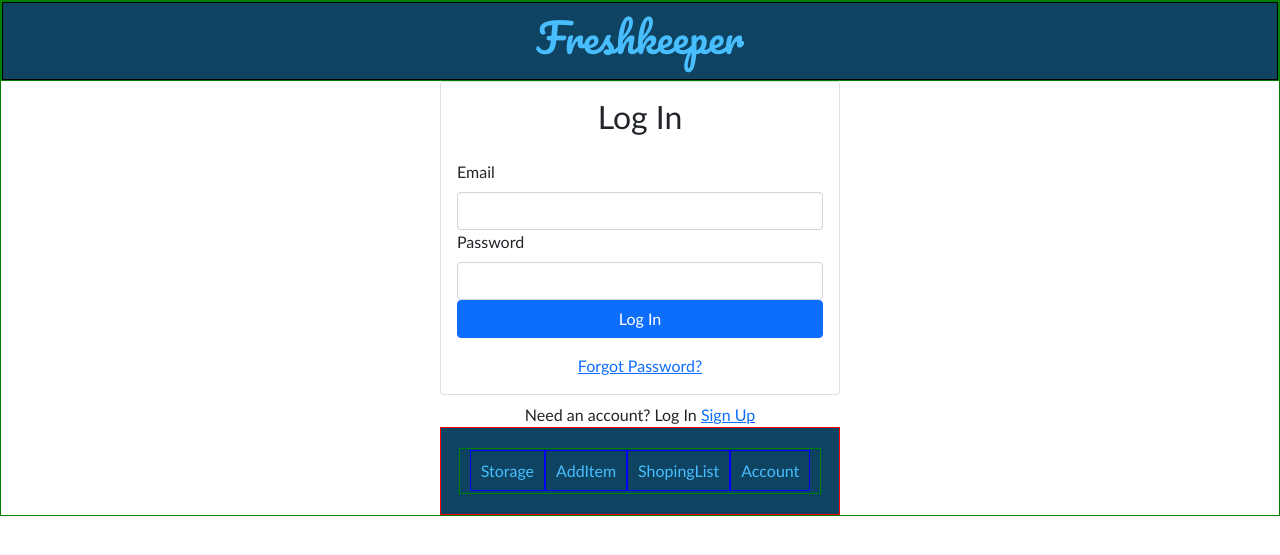
Repository: patrik-fredlund/freshkeeper-repo
Page: /
These files come from the project's save history. The page is drawn as it stood at one moment and after the next save; the edit follows.
The browser window is 1280 px wide. The pictures show the whole page.
The project was rebuilt for these pictures with package versions that can differ from the ones it lists, and the page was loaded fresh each time. Also part of the build but not shown: src/components/Signup.js, src/components/Account.js, src/components/ForgotPassword.js, src/components/UpdateProfile.js, src/components/Storage.js, src/components/Shopinglist.js, src/components/AddItem.js.

Above is the page before, as saved 2021-10-15 22:51:10.

### public/index.html
<!DOCTYPE html>
<html lang="en">

<head>
  <meta charset="utf-8" />
  <link rel="icon" href="%PUBLIC_URL%/favicon.ico" />
  <meta name="viewport" content="width=device-width, initial-scale=1" />
  <meta name="theme-color" content="#000000" />
  <meta name="description" content="Web site created using create-react-app" />
  <link rel="apple-touch-icon" href="%PUBLIC_URL%/logo192.png" />

  <link rel="manifest" href="%PUBLIC_URL%/manifest.json" />

  <title>Freshkeeper</title>
</head>

<body>
  <noscript>You need to enable JavaScript to run this app.</noscript>
  <div id="root"></div>

</body>

</html>

### src/index.js
import React from 'react';
import ReactDOM from 'react-dom';
import App from './components/App';
import 'bootstrap/dist/css/bootstrap.min.css';

ReactDOM.render(
  <React.StrictMode>
    <App />
  </React.StrictMode>,
  document.getElementById('root')
);

### src/components/App.js
import { Container } from 'react-bootstrap';
import '../App.css';
import Signup from './Signup';
import { AuthProvider } from '../context/AuthContext';
import { BrowserRouter as Router, Switch, Route } from 'react-router-dom';
import Account from './Account';
import Login from './Login';
import PrivateRoute from './PrivateRoute';
import ForgotPassword from './ForgotPassword';
import UpdateProfile from './UpdateProfile';
import Storage from './Storage';
import { AppWrap } from './appStyles';
import Header from './header/header';
import ShopingList from './Shopinglist';
import AddItem from './AddItem';
import Navbar from './navbar/Navbar';

function App() {
  return (
    <AppWrap>
      <Header />
      <Container
        className='d-flex align-items-center justify-content-center'
        // style={{ minHeight: '10vh' }}
      >
        <div className='w-100' style={{ maxWidth: '400px' }}>
          <Router>
            <AuthProvider>
              <Switch>
                <PrivateRoute exact path='/' component={Storage} />
                <PrivateRoute path='/additem' component={AddItem} />
                <PrivateRoute path='/shopinglist' component={ShopingList} />
                <PrivateRoute path='/account' component={Account} />
                <PrivateRoute
                  path='/update-profile'
                  component={UpdateProfile}
                />
                <Route path='/signup' component={Signup} />
                <Route path='/login' component={Login} />
                <Route path='/forgot-password' component={ForgotPassword} />
              </Switch>
              <Navbar />
            </AuthProvider>
          </Router>
        </div>
      </Container>
    </AppWrap>
  );
}

export default App;

### src/App.css
@import url('https://fonts.googleapis.com/css2?family=Pacifico&display=swap');

* {
  box-sizing: border-box;
  margin: 0;
  padding: 0;
  font-family: 'Gill Sans', 'Gill Sans MT', Calibri, 'Trebuchet MS', sans-serif;
}

.container {
  display: flex;
  flex-direction: column;
  justify-content: center;
  align-items: center;
}

.top_nav {
  display: flex;
  flex-direction: row;
  justify-content: center;
  align-items: center;
  padding: 14px 16px 14px 18px;

  position: absolute;
  width: 414px;
  height: 65px;
  left: 0px;
  top: 0px;

  background: #0e4462;
  border-radius: 4px;
}

.freshkeeper_header {
  position: static;

  font-family: 'Pacifico', cursive;

  font-weight: normal;
  font-size: 20px;

  display: flex;
  align-items: center;
  text-align: center;

  color: #49beff;

  /* Inside Auto Layout */

  flex: none;
  order: 0;
  flex-grow: 0;
  margin: 0px 10px;
}

### src/context/AuthContext.js
import React, { useContext, useState, useEffect } from 'react';
import { auth } from '../firebase';

const AuthContext = React.createContext();

export function useAuth() {
  return useContext(AuthContext);
}

export function AuthProvider({ children }) {
  const [currentUser, setCurrentUser] = useState();
  const [loading, setLoading] = useState(true);

  function signup(email, password) {
    return auth.createUserWithEmailAndPassword(email, password);
  }

  function login(email, password) {
    return auth.signInWithEmailAndPassword(email, password);
  }

  function logout() {
    return auth.signOut();
  }

  function resetPassword(email) {
    return auth.sendPasswordResetEmail(email);
  }

  function updateEmail(email) {
    return currentUser.updateEmail(email);
  }

  function updatePassword(password) {
    return currentUser.updatePassword(password);
  }

  useEffect(() => {
    const unsubscribe = auth.onAuthStateChanged((user) => {
      setCurrentUser(user);
      setLoading(false);
    });
    return unsubscribe;
  }, []);

  const value = {
    currentUser,
    login,
    signup,
    logout,
    resetPassword,
    updateEmail,
    updatePassword,
  };

  return (
    <AuthContext.Provider value={value}>
      {!loading && children}
    </AuthContext.Provider>
  );
}

### src/components/Login.js
import React, { useRef, useState } from 'react';
import { Form, Button, Card, Alert } from 'react-bootstrap';
import { useAuth } from '../context/AuthContext';
import { Link, useHistory } from 'react-router-dom';

export default function Login() {
  const emailRef = useRef();
  const passwordRef = useRef();
  const { login } = useAuth();
  const [error, setError] = useState('');
  const [loading, setLoading] = useState(false);
  const history = useHistory();

  async function handleSubmit(e) {
    e.preventDefault();

    try {
      setError('');
      setLoading(true);
      await login(emailRef.current.value, passwordRef.current.value);
      history.push('/');
    } catch {
      setError('Failed to Log In');
    }

    setLoading(false);
  }

  return (
    <>
      <Card>
        <Card.Body>
          <h2 className='text-center mb-4'>Log In</h2>

          {error && <Alert variant='danger'>{error}</Alert>}
          <Form onSubmit={handleSubmit}>
            <Form.Group id='email'>
              <Form.Label>Email</Form.Label>
              <Form.Control type='email' ref={emailRef} required />
            </Form.Group>
            <Form.Group id='password'>
              <Form.Label>Password</Form.Label>
              <Form.Control type='password' ref={passwordRef} required />
            </Form.Group>

            <Button disabled={loading} className='w-100' type='submit'>
              Log In
            </Button>
          </Form>
          <div className='w-100 text-center mt-3'>
            <Link to='/forgot-password'>Forgot Password?</Link>
          </div>
        </Card.Body>
      </Card>
      <div className='w-100 text-center mt-2'>
        Need an account? Log In <Link to='/signup'>Sign Up </Link>
      </div>
    </>
  );
}

### src/components/PrivateRoute.js
import React from 'react';
import { Route, Redirect } from 'react-router-dom';
import { useAuth } from '../context/AuthContext';

export default function PrivateRoute({ component: Component, ...rest }) {
  const { currentUser } = useAuth();

  return (
    <Route
      {...rest}
      render={(props) => {
        return currentUser ? (
          <Component {...props} />
        ) : (
          <Redirect to='/login' />
        );
      }}
    ></Route>
  );
}

### src/components/appStyles.js
import styled from 'styled-components';

export const AppWrap = styled.div`
  /* display: flex;
  flex-flow: column; */
  width: 100%;
  border: 1px solid green;
`;

### src/components/header/header.js
import React from 'react';
import GlobalStyle from '../globalStyles';
import { HeaderWrap } from './headerStyles';

function Header() {
  return (
    <HeaderWrap>
      <GlobalStyle />
      {/* <div className='top_nav'>
        <h2 className='freshkeeper_header'>Freshkeeper</h2>
      </div> */}
      <div className='headerContainer'>
        <h1>Freshkeeper</h1>
      </div>
    </HeaderWrap>
  );
}

export default Header;

### src/components/navbar/Navbar.js
import React from 'react';
import { AppWrap } from '../appStyles';
import { HeaderWrap } from '../header/headerStyles';
import { MenuList } from './MenuList';
import { NavbarStyles } from './navbarStyles';

const Navbar = () => {
  const menuList = MenuList.map(({ url, title, index }) => {
    return (
      <li key={index}>
        <a href={url}>{title}</a>
      </li>
    );
  });

  return (
    <NavbarStyles>
      <ul className='menu-list'>{menuList} </ul>
    </NavbarStyles>
  );
};

export default Navbar;

### src/firebase.js
import firebase from 'firebase/compat/app';
import 'firebase/compat/auth';

const app = firebase.initializeApp({
  apiKey: process.env.REACT_APP_FIREBASE_API_KEY,
  authDomain: process.env.REACT_APP_FIREBASE_AUTH_DOMAIN,
  projectId: process.env.REACT_APP_FIREBASE_PROJECT_ID,
  storageBucket: process.env.REACT_APP_FIREBASE_STORAGE_BUCKET,
  messagingSenderId: process.env.REACT_APP_FIREBASE_MESSAGE_SENDER_ID,
  appId: process.env.REACT_APP_FIREBASE_APP_ID,
});

export const auth = app.auth();
export default app;

### src/components/globalStyles.js
import { createGlobalStyle } from 'styled-components';

const GlobalStyle = createGlobalStyle`
@import url('https://fonts.googleapis.com/css2?family=Pacifico&display=swap');

  h1 {
     font-family: 'pacifico';
  }
`;

export default GlobalStyle;

### src/components/header/headerStyles.js
import styled from 'styled-components';

export const HeaderWrap = styled.div`
  width: 100%;
  border: 1px solid green;

  .headerContainer {
    border: 1px solid black;
    background-color: #0e4462;
    color: #49beff;
    padding: 10px 0;
    display: flex;
    align-items: center;
    justify-content: center;
  }
`;

### src/components/navbar/MenuList.js
export const MenuList = [
  {
    title: 'Storage',
    url: '/',
  },
  {
    title: 'AddItem',
    url: '/additem',
  },
  {
    title: 'ShopingList',
    url: '/shopinglist',
  },
  {
    title: 'Account',
    url: '/account',
  },
];

### src/components/navbar/navbarStyles.js
import styled from 'styled-components';

export const NavbarStyles = styled.div`
  border: 1px solid red;
  display: flex;
  max-width: 400px;
  align-items: center;
  background-color: #0e4462;
  justify-content: center;
  padding: 20px;

  .menu-list {
    margin: auto;
    list-style-type: none;
    display: flex;
    border: 1px solid green;
    padding: 10px 10px;
  }

  a {
    color: #49beff;
    align-items: center;
    text-decoration: none;
    border: 1px solid blue;
    padding: 10px 10px;
    justify-content: center;
  }
`;

After the next save:
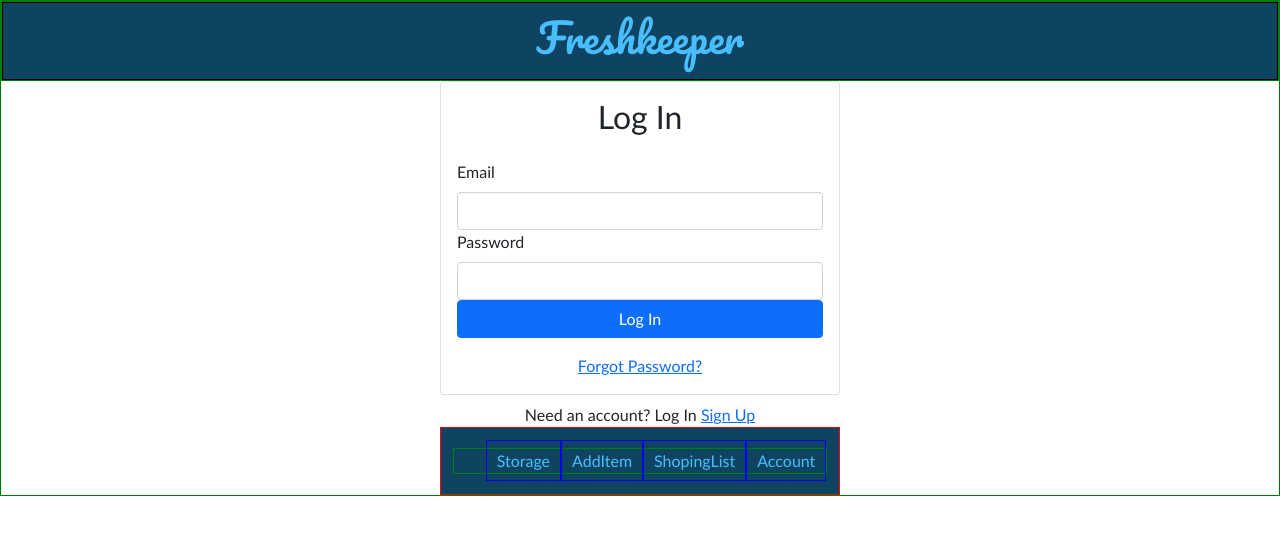
Saved 10 s later.
--- a/src/components/navbar/navbarStyles.js
+++ b/src/components/navbar/navbarStyles.js
@@ -14,7 +14,7 @@ export const NavbarStyles = styled.div`
     list-style-type: none;
     display: flex;
     border: 1px solid green;
-    padding: 10px 10px;
+    /* padding: 10px 10px; */
   }
 
   a {
